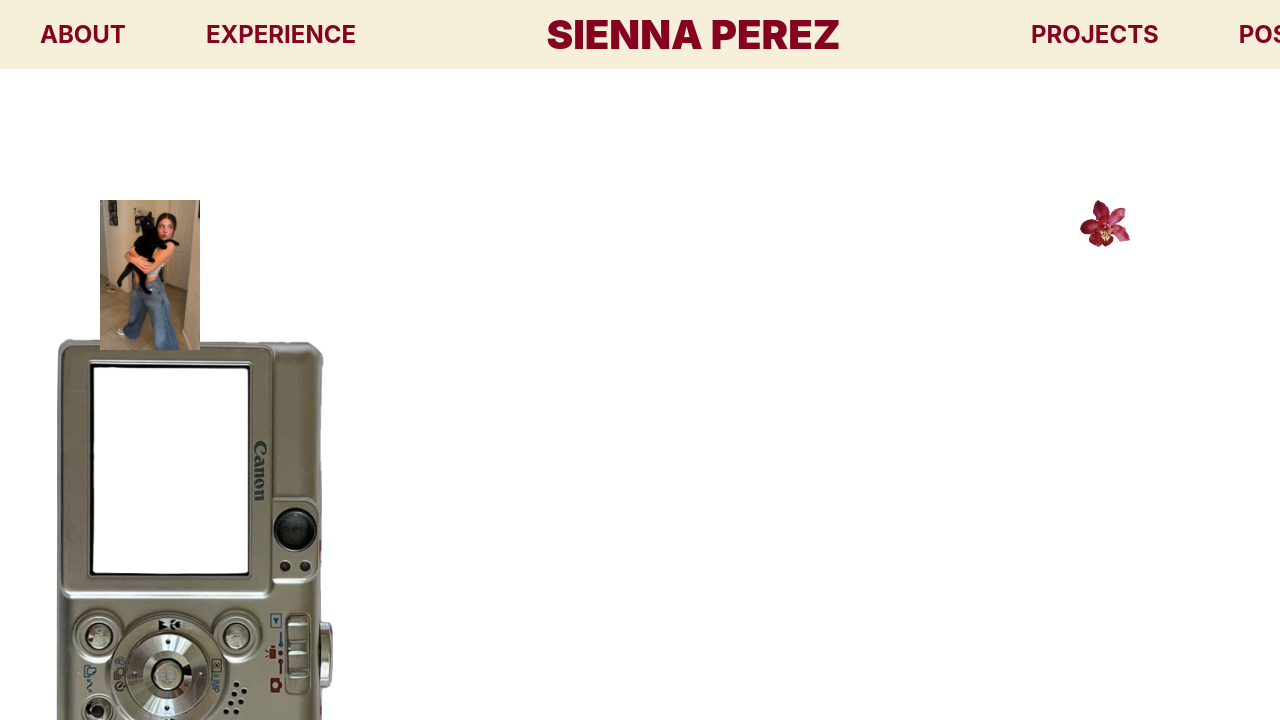
Repository: siennaperez/siennaperezweb
Page: /experience
These files come from the project's save history. The page is drawn as it stood at one moment and after the next save; the edit follows.
The browser window is 1280 px wide. The pictures show the whole page.
The project was rebuilt for these pictures with package versions that can differ from the ones it lists, and the page was loaded fresh each time. Also part of the build but not shown: src/pages/About.css, src/pages/About.js, src/pages/Experience.css, src/pages/Experience.js.

Above is the page before, as saved 2025-09-24 12:49:29.

After the next save:
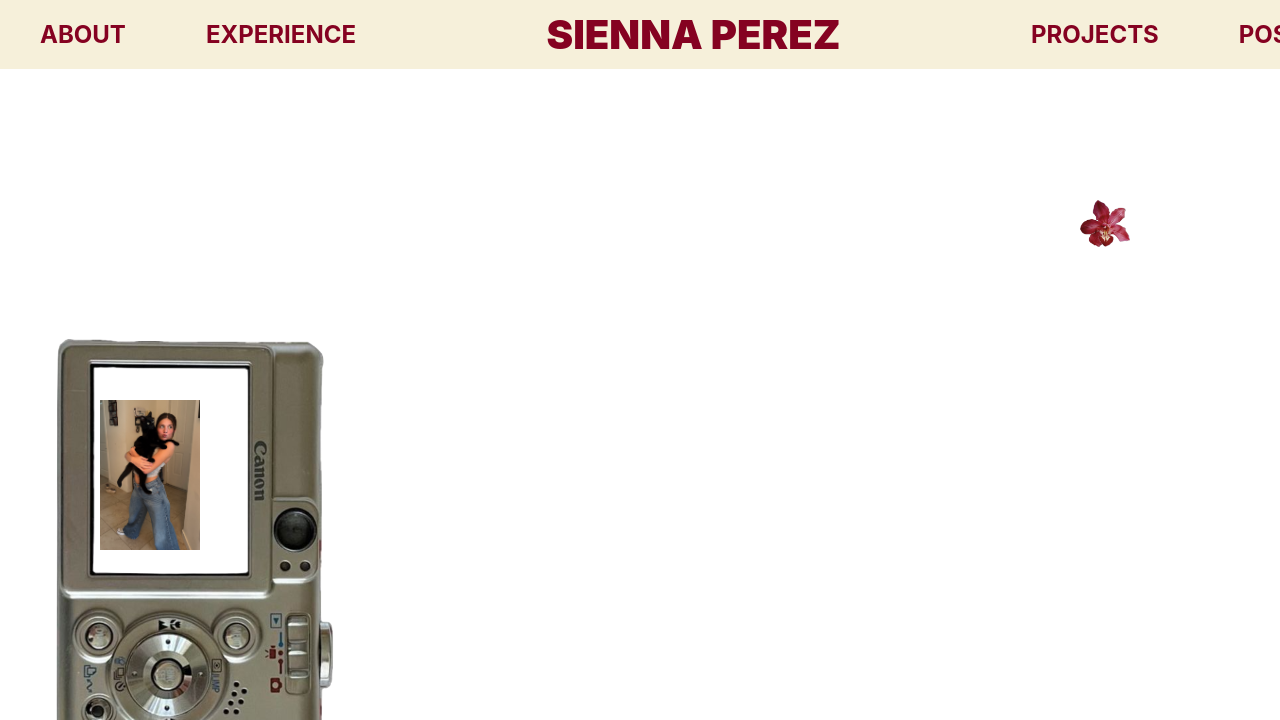
Saved 7 s later.
--- a/src/pages/Home.css
+++ b/src/pages/Home.css
@@ -20,7 +20,7 @@
 .toops-img {
   width: 100px;
   height: auto;
-  top: 200px;
+  top: 400px;
   left: 100px;
   position: fixed
 }
